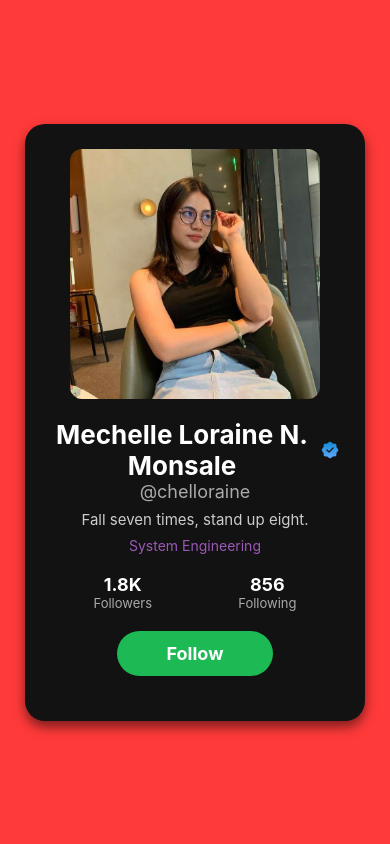
Repository: chelloraine/ProfileCard
Screen: /
These files come from the project's save history. The screen is drawn as it stood at one moment and after the next save; the edit follows.
The app was drawn by React Native's web renderer in a window 390 px wide. The project was rebuilt for these pictures with package versions that can differ from the ones it lists, and the page was loaded fresh each time.

Above is the screen before, as saved 2025-08-31 23:51:44.

### App.tsx
import React from "react";
import { SafeAreaView, StyleSheet } from "react-native";
import ProfileCard from "./profileCard";

export default function App() {
  return (
    <SafeAreaView style={styles.container}>
      <ProfileCard />
    </SafeAreaView>
  );
}

const styles = StyleSheet.create({
  container: {
    flex: 1,
    backgroundColor: "#ff3a3aff", // dark Spotify vibe
    justifyContent: "center", // center vertically
    alignItems: "center",     // center horizontally
  },
});

### profileCard.js
import React, { useState } from "react";
import { View, Text, StyleSheet, Image, TouchableOpacity } from "react-native";

export default function ProfileCard() {
  const [following, setFollowing] = useState(false);

  const toggleFollow = () => setFollowing(!following);

  return (
    <View style={styles.card}>
      {/* Square profile image */}
      <Image source={require("./assets/profile.jpg")} style={styles.squareImage} />

      {/* Profile Info */}
      <View style={styles.info}>
        <View style={styles.nameRow}>
          <Text style={styles.name}>
            Mechelle Loraine N. Monsale
          </Text>
          <Image source={require("./assets/verified.png")} style={styles.verified} />
        </View>
        <Text style={styles.username}>@chelloraine</Text>
        <Text style={styles.bio}>
          Fall seven times, stand up eight.
        </Text>
        <Text style={styles.course}>System Engineering</Text>
      </View>

      {/* Followers / Following */}
      <View style={styles.stats}>
        <View style={styles.stat}>
          <Text style={styles.statNumber}>1.8K</Text>
          <Text style={styles.statLabel}>Followers</Text>
        </View>
        <View style={styles.stat}>
          <Text style={styles.statNumber}>856</Text>
          <Text style={styles.statLabel}>Following</Text>
        </View>
      </View>

      {/* Follow Button */}
      <TouchableOpacity
        style={[styles.followButton, following && styles.followingButton]}
        onPress={toggleFollow}
      >
        <Text style={styles.followText}>
          {following ? "Following" : "Follow"}
        </Text>
      </TouchableOpacity>
    </View>
  );
}

const styles = StyleSheet.create({
  card: {
    backgroundColor: "#121212",
    borderRadius: 20,
    padding: 25,
    alignItems: "center",
    shadowColor: "#000",
    shadowOpacity: 0.5,
    shadowRadius: 12,
    shadowOffset: { width: 0, height: 6 },
    width: 340,
    alignSelf: "center",
  },
  squareImage: {
    width: 250,
    height: 250,
    borderRadius: 12,
    marginBottom: 20,
  },
  info: {
    alignItems: "center",
    marginBottom: 20,
    width: "100%",
  },
  nameRow: {
    flexDirection: "row",
    alignItems: "center",
    justifyContent: "center",
  },
  name: { fontSize: 26, fontWeight: "bold", color: "#fff", textAlign: "center" },
  verified: { width: 20, height: 20, marginLeft: 6 },
  username: { fontSize: 18, color: "#aaa", marginBottom: 8 },
  bio: { fontSize: 15, color: "#ccc", textAlign: "center", paddingHorizontal: 15, marginBottom: 6 },
  course: { fontSize: 14, color: "#9b59b6", textAlign: "center", marginTop: 2 },
  stats: { flexDirection: "row", justifyContent: "space-between", width: "70%", marginBottom: 20 },
  stat: { alignItems: "center" },
  statNumber: { fontSize: 18, fontWeight: "bold", color: "#fff" },
  statLabel: { fontSize: 13, color: "#aaa" },
  followButton: { backgroundColor: "#1DB954", paddingVertical: 12, paddingHorizontal: 50, borderRadius: 25, marginBottom: 20 },
  followingButton: { backgroundColor: "#555" },
  followText: { color: "#fff", fontSize: 18, fontWeight: "bold" },
});

After the next save:
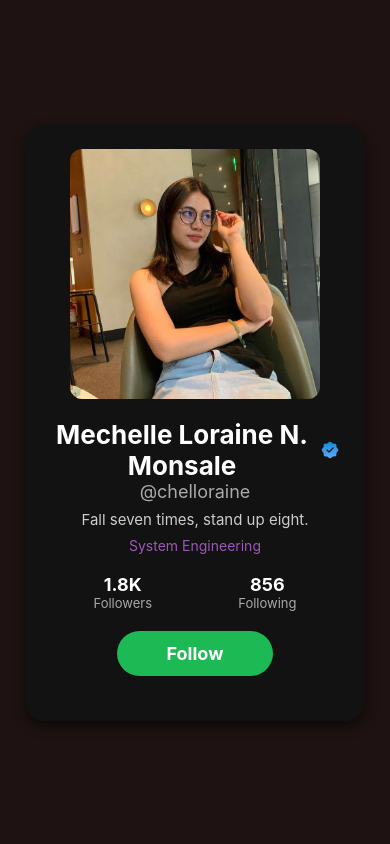
Saved 9 s later.
--- a/App.tsx
+++ b/App.tsx
@@ -13,7 +13,7 @@ export default function App() {
 const styles = StyleSheet.create({
   container: {
     flex: 1,
-    backgroundColor: "#ff3a3aff", // dark Spotify vibe
+    backgroundColor: "#1e1212ff", // dark Spotify vibe
     justifyContent: "center", // center vertically
     alignItems: "center",     // center horizontally
   },
